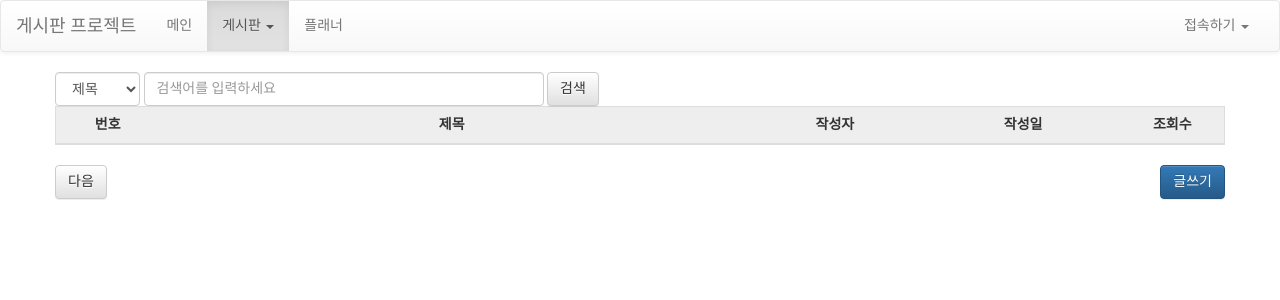
Repository: Seok7975/Project_PlannerSharingBoard
Page: http://localhost/ToDoList공유_게시판_ver3/bbs.jsp
These files come from the project's save history. The page is drawn as it stood at one moment and after the next save; the edit follows.
The browser window is 1280 px wide. The pictures show the whole page.
Some web fonts or font styles are not loaded; a fallback is used. Some web libraries are served in a nearby version. The page is served by Tomcat 9. Other server files are loaded and not shown. Queries for data that is not in the repository find no rows.

Above is the page before, as saved 2024-07-04 06:23:27.

### List_Projects_ver3/ToDoList공유 게시판_ver3/src/main/webapp/bbs.jsp
<!--  게시판 -->

<%-- <%@ page language="java" contentType="text/html; charset=UTF-8"
    pageEncoding="UTF-8"%>
<%@ page import="java.io.PrintWriter" %>
<%@ page import="bbs.BbsDAO" %>
<%@ page import="bbs.Bbs" %>
<%@ page import="java.util.ArrayList" %>
<!DOCTYPE html>
<html>
<head>
<meta http-equiv="Content-Type" content="text/html; charset=UTF-8">
<meta name="viewport" content="width=device-width, initial-scale=1">
<!-- Latest compiled and minified CSS -->
<link rel="stylesheet" href="https://cdn.jsdelivr.net/npm/bootstrap@3.3.7/dist/css/bootstrap.min.css" integrity="sha384-BVYiiSIFeK1dGmJRAkycuHAHRg32OmUcww7on3RYdg4Va+PmSTsz/K68vbdEjh4u" crossorigin="anonymous">
<!-- Optional theme -->
<link rel="stylesheet" href="https://cdn.jsdelivr.net/npm/bootstrap@3.3.7/dist/css/bootstrap-theme.min.css" integrity="sha384-rHyoN1iRsVXV4nD0JutlnGaslCJuC7uwjduW9SVrLvRYooPp2bWYgmgJQIXwl/Sp" crossorigin="anonymous">
<!-- jQuery (necessary for Bootstrap's JavaScript plugins) -->
<script src="https://code.jquery.com/jquery-3.1.1.min.js"></script>
<!-- Latest compiled and minified JavaScript -->
<script src="https://cdn.jsdelivr.net/npm/bootstrap@3.3.7/dist/js/bootstrap.min.js" integrity="sha384-Tc5IQib027qvyjSMfHjOMaLkfuWVxZxUPnCJA7l2mCWNIpG9mGCD8wGNIcPD7Txa" crossorigin="anonymous"></script>
<link rel="stylesheet" href="css/jumbotronCustom.css">
<title>JSP 게시판 웹 사이트</title>
<style type="text/css">
	a, a:hover {
		color : #000000;
		text-decoration: none;
	}
</style>
</head>
<body>
<%
	String userID = null;
	if (session.getAttribute("userID") != null) {
		userID = (String) session.getAttribute("userID");
	}
	int pageNumber = 1;
	if (request.getParameter("pageNumber") != null) {
		pageNumber = Integer.parseInt(request.getParameter("pageNumber"));
	}
%>
	<nav class="navbar navbar-default">
		<div class="container-fluid">
			<div class="navbar-header">
				<button type="button" class="navbar-toggle collapsed" data-toggle="collapse" data-target="#bs-example-navbar-collapse-1" aria-expanded="false">
					<span class="sr-only">Toggle navigation</span>
					<span class="icon-bar"></span>
					<span class="icon-bar"></span>
					<span class="icon-bar"></span>
				</button>
				<a class="navbar-brand" href="main.jsp">게시판 프로젝트</a>
			</div>
			<div class="collapse navbar-collapse" id="bs-example-navbar-collapse-1">
				<ul class="nav navbar-nav">
					<li><a href="main.jsp">메인</a></li>
					<li class="active"><a href="bbs.jsp">게시판</a></li>
					<li><a href="planner/planner.jsp">플래너</a></li>
				</ul>
				<%
					if(userID == null) {
				%>
					<ul class="nav navbar-nav navbar-right">
						<li class="dropdown">
							<a href="#" class="dropdown-toggle" data-toggle="dropdown" role="button" aria-haspopup="true" aria-expanded="false">접속하기 <span class="caret"></span></a>
							<ul class="dropdown-menu">
								<li><a href="joinAndLogin/login.jsp">로그인</a></li>
								<li><a href="joinAndLogin/join.jsp">회원가입</a></li>
							</ul>
						</li>
					</ul>
				<%
					} else {
				%>
						<ul class="nav navbar-nav navbar-right">
						<li class="dropdown">
							<a href="#" class="dropdown-toggle" data-toggle="dropdown" role="button" aria-haspopup="true" aria-expanded="false">회원관리<span class="caret"></span></a>
							<ul class="dropdown-menu">
								<li><a href="logoutAction.jsp">로그아웃</a></li>
							</ul>
						</li>
					</ul>
				<%
					}
				%>
			</div>
		</div>
	</nav>

	<div class="container">
		<div class="row">
			<table class="table table-striped" style="text-align: center; border: 1px solid #dddddd">
				<thead>
					<tr>
						<th style="background-color: #eeeeee; text-align: center;">번호</th>
						<th style="background-color: #eeeeee; text-align: center;">제목</th>
						<th style="background-color: #eeeeee; text-align: center;">작성자</th>
						<th style="background-color: #eeeeee; text-align: center;">작성일</th>
						<th style="background-color: #eeeeee; text-align: center;">조회수</th>
					</tr>
				</thead>
				<tbody> <!-- 예시 -->
					<tr>
					<%
						BbsDAO bbsDAO = new BbsDAO();
						ArrayList<Bbs> list = bbsDAO.getList(pageNumber);
						for(int i = 0; i < list.size(); i++) {
					%>
						<td><%= list.get(i).getBbsID() %></td>
						<td><a href="view.jsp?bbsID=<%= list.get(i).getBbsID() %>"><%= list.get(i).getBbsTitle() %></a></td>
						<td><%= list.get(i).getUserID() %></td>
						<td><%= list.get(i).getBbsDate().substring(0, 11) + list.get(i).getBbsDate().substring(11,13) + "시" + list.get(i).getBbsDate().substring(14, 16) + "분" %></td>
						<td><%= list.get(i).getViewCount() %></td>
					<tr>
					<%
						}
					%>
				</tbody>
			</table>
			<%
				if(pageNumber != 1) {
			%>
				<a href="bbs.jsp?pageNumber=<%=pageNumber - 1%>" class="btn btn-success btn-arraw-left">이전</a>
			<%
				}
				if(bbsDAO.nextPage(pageNumber + 1)) {
			%>
					<a href="bbs.jsp?pageNumber=<%=pageNumber + 1%>" class="btn btn-success btn-arraw-right">다음</a>
			<%
				}
			%>
			<a href="write.jsp" class="btn btn-primary pull-right">글쓰기</a>
		</div>
	</div>
</body>
</html> --%>



<!--  게시판 -->

<!--  게시판 -->

<%@ page language="java" contentType="text/html; charset=UTF-8"
    pageEncoding="UTF-8"%>
<%@ page import="java.io.PrintWriter" %>
<%@ page import="bbs.BbsDAO" %>
<%@ page import="bbs.Bbs" %>
<%@ page import="java.util.ArrayList" %>
<!DOCTYPE html>
<html>
<head>
<meta http-equiv="Content-Type" content="text/html; charset=UTF-8">
<meta name="viewport" content="width=device-width, initial-scale=1">
<!-- Latest compiled and minified CSS -->
<link rel="stylesheet" href="https://cdn.jsdelivr.net/npm/bootstrap@3.3.7/dist/css/bootstrap.min.css" integrity="sha384-BVYiiSIFeK1dGmJRAkycuHAHRg32OmUcww7on3RYdg4Va+PmSTsz/K68vbdEjh4u" crossorigin="anonymous">
<!-- Optional theme -->
<link rel="stylesheet" href="https://cdn.jsdelivr.net/npm/bootstrap@3.3.7/dist/css/bootstrap-theme.min.css" integrity="sha384-rHyoN1iRsVXV4nD0JutlnGaslCJuC7uwjduW9SVrLvRYooPp2bWYgmgJQIXwl/Sp" crossorigin="anonymous">
<link rel="stylesheet" href="css/bbsStyle.css"> <!-- 외부 CSS 파일 참조 -->
<!-- jQuery (necessary for Bootstrap's JavaScript plugins) -->
<script src="https://code.jquery.com/jquery-3.1.1.min.js"></script>
<!-- Latest compiled and minified JavaScript -->
<script src="https://cdn.jsdelivr.net/npm/bootstrap@3.3.7/dist/js/bootstrap.min.js" integrity="sha384-Tc5IQib027qvyjSMfHjOMaLkfuWVxZxUPnCJA7l2mCWNIpG9mGCD8wGNIcPD7Txa" crossorigin="anonymous"></script>
<link rel="stylesheet" href="css/jumbotronCustom.css">
<title>JSP 게시판 웹 사이트</title>
<style>
    .navbar-nav > .dropdown:hover > .dropdown-menu {
        display: block;
    }
</style>
</head>
<body>
<%
    String userID = null;
    if (session.getAttribute("userID") != null) {
        userID = (String) session.getAttribute("userID");
    }
    int pageNumber = 1;
    if (request.getParameter("pageNumber") != null) {
        pageNumber = Integer.parseInt(request.getParameter("pageNumber"));
    }
    String searchType = request.getParameter("searchType");
    String searchKeyword = request.getParameter("searchKeyword");
    String bbsCategory = request.getParameter("bbsCategory");


    // bbsCategory가 없으면 all로 설정
    if (bbsCategory == null || bbsCategory.equals("")) {
        bbsCategory = "all";
    }
%>
    <nav class="navbar navbar-default">
        <div class="container-fluid">
            <div class="navbar-header">
                <button type="button" class="navbar-toggle collapsed" data-toggle="collapse" data-target="#bs-example-navbar-collapse-1" aria-expanded="false">
                    <span class="sr-only">Toggle navigation</span>
                    <span class="icon-bar"></span>
                    <span class="icon-bar"></span>
                    <span class="icon-bar"></span>
                </button>
                <a class="navbar-brand" href="main.jsp">게시판 프로젝트</a>
            </div>
            <div class="collapse navbar-collapse" id="bs-example-navbar-collapse-1">
                <ul class="nav navbar-nav">
                    <li><a href="main.jsp">메인</a></li>
                    <li class="dropdown active">
                        <a href="bbs.jsp?bbsCategory=all" role="button" aria-haspopup="true" aria-expanded="false">게시판 <span class="caret"></span></a>
                        <ul class="dropdown-menu">
                            <li><a href="bbs.jsp?bbsCategory=all">전체글보기</a></li>
                            <li><a href="bbs.jsp?bbsCategory=free">자유게시판</a></li>
                            <li><a href="bbs.jsp?bbsCategory=study">공부게시판</a></li>
                            <li><a href="bbs.jsp?bbsCategory=exercise">운동게시판</a></li>
                        </ul>
                    </li>
                    <li><a href="planner/planner.jsp">플래너</a></li>
                </ul>
                <%
                    if(userID == null) {
                %>
                    <ul class="nav navbar-nav navbar-right">
                        <li class="dropdown">
                            <a href="#" class="dropdown-toggle" data-toggle="dropdown" role="button" aria-haspopup="true" aria-expanded="false">접속하기 <span class="caret"></span></a>
                            <ul class="dropdown-menu">
                                <li><a href="joinAndLogin/login.jsp">로그인</a></li>
                                <li><a href="joinAndLogin/join.jsp">회원가입</a></li>
                            </ul>
                        </li>
                    </ul>
                <%
                    } else {
                %>
                        <ul class="nav navbar-nav navbar-right">
                        <li class="dropdown">
                            <a href="#" class="dropdown-toggle" data-toggle="dropdown" role="button" aria-haspopup="true" aria-expanded="false">회원관리<span class="caret"></span></a>
                            <ul class="dropdown-menu">
                                <li><a href="profile.jsp">My Profile</a></li>
                                <li><a href="joinAndLogin/logoutAction.jsp">로그아웃</a></li>
                            </ul>
                        </li>
                    </ul>
                <%
                    }
                %>
            </div>
        </div>
    </nav>

    <div class="container">
        <div class="row">
            <form class="form-inline" method="get" action="bbs.jsp">
                <div class="form-group">
                    <select class="form-control" name="searchType">
                        <option value="title" <%= "title".equals(searchType) ? "selected" : "" %>>제목</option>
                        <option value="content" <%= "content".equals(searchType) ? "selected" : "" %>>내용</option>
                        <option value="writer" <%= "writer".equals(searchType) ? "selected" : "" %>>작성자</option>
                    </select>
                </div>
                <div class="form-group">
                    <input type="text" class="form-control" name="searchKeyword" placeholder="검색어를 입력하세요" value="<%= (searchKeyword != null && !searchKeyword.equals("")) ? searchKeyword : "" %>" style="width: 400px;">
                </div>
                <input type="hidden" name="bbsCategory" value="<%= bbsCategory %>">
                <button type="submit" class="btn btn-default">검색</button>
            </form>
            <table class="table table-striped" style="text-align: center; border: 1px solid #dddddd">
                <thead>
                    <tr>
                        <th class="number-col" style="background-color: #eeeeee; text-align: center;">번호</th>
                        <th class="title-col" style="background-color: #eeeeee; text-align: center;">제목</th>
                        <th class="writer-col" style="background-color: #eeeeee; text-align: center;">작성자</th>
                        <th class="date-col"style="background-color: #eeeeee; text-align: center;">작성일</th>
                        <th class="viewCount-col"style="background-color: #eeeeee; text-align: center;">조회수</th>
                    </tr>
                </thead>
                <tbody>
                    <%
                        BbsDAO bbsDAO = new BbsDAO();
                        ArrayList<Bbs> list;
                        int totalPage;
                        if (searchKeyword != null && !searchKeyword.equals("")) { // 검색어가 있을 때
                            list = bbsDAO.searchList(pageNumber, searchType, searchKeyword, bbsCategory);
                            totalPage = (bbsDAO.getSearchPostCount(searchType, searchKeyword, bbsCategory) + 9) / 10; // 검색 결과의 총 페이지 수 계산
                        } else { // 검색어가 없을 때
                            if ("all".equals(bbsCategory)) { // 전체게시판 선택 시
                                list = bbsDAO.getAllList(pageNumber);
                                totalPage = bbsDAO.getTotalPageCount(); // 전체 게시물의 총 페이지 수 계산
                            } else {
                                list = bbsDAO.getListByCategory(bbsCategory, pageNumber);
                                totalPage = bbsDAO.getTotalPageCountByCategory(bbsCategory); // 카테고리별 게시물의 총 페이지 수 계산
                            }
                        }
                        for(int i = 0; i < list.size(); i++) {
                    %>
                        <tr>
                            <td><%= list.get(i).getBbsID() %></td>
                            <td><a href="view.jsp?bbsID=<%= list.get(i).getBbsID() %>&bbsCategory=<%= bbsCategory %>"><%= list.get(i).getBbsTitle() %></a></td>
                            <td><%= list.get(i).getUserID() %></td>
                            <td><%= list.get(i).getBbsDate().substring(0, 11) + list.get(i).getBbsDate().substring(11,13) + "시" + list.get(i).getBbsDate().substring(14, 16) + "분" %></td>
                            <td><%= list.get(i).getViewCount() %></td>
                        </tr>
                    <%
                        }
                    %>
                </tbody>
            </table>
            <div style="text-align: center;">
                <%
                    int pageBlock = 5;
                    int startPage = ((pageNumber - 1) / pageBlock) * pageBlock + 1;
                    int endPage = startPage + pageBlock - 1;

                    if(pageNumber != 1) {
                %>
                    <a href="bbs.jsp?pageNumber=<%= pageNumber - 1 %>&searchType=<%= searchType %>&searchKeyword=<%= (searchKeyword != null && !searchKeyword.equals("")) ? searchKeyword : "" %>&bbsCategory=<%= bbsCategory %>" class="btn btn-default pull-left">이전</a>
                <%
                    }
                    for (int i = startPage; i <= endPage && i <= totalPage; i++) {
                %>
                    <a href="bbs.jsp?pageNumber=<%= i %>&searchType=<%= searchType %>&searchKeyword=<%= (searchKeyword != null && !searchKeyword.equals("")) ? searchKeyword : "" %>&bbsCategory=<%= bbsCategory %>" class="btn <%= (i == pageNumber) ? "btn-primary pull-left" : "btn-default pull-left" %>"><%= i %></a>
                <%
                    }
                    if(pageNumber != totalPage) {
                %>
                    <a href="bbs.jsp?pageNumber=<%= pageNumber + 1 %>&searchType=<%= searchType %>&searchKeyword=<%= (searchKeyword != null && !searchKeyword.equals("")) ? searchKeyword : "" %>&bbsCategory=<%= bbsCategory %>" class="btn btn-default pull-left">다음</a>
                <%
                    }
                %>
                <a href="write.jsp?bbsCategory=<%= bbsCategory %>" class="btn btn-primary pull-right">글쓰기</a>
            </div>
        </div>
    </div>
</body>
</html>

### List_Projects_ver3/ToDoList공유 게시판_ver3/src/main/webapp/css/bbsStyle.css
@charset "UTF-8";
/* body {
     background-color: #e0f7fa;   생동감 있는 옅은 파란색 배경
} */

/* 드롭다운 메뉴가 커서를 가져다 대기만 해도 열리도록 설정 */
.navbar-nav > li.dropdown:hover > .dropdown-menu {
    display: block;
}

a, a:hover {
    color : #000000;
    text-decoration: none;
}

.table {
    width: 100%;
    table-layout: fixed;
    border-collapse: collapse;
}

.table th.number-col {
    width: 8%;
}
.table th.title-col {
    width: 45%;
}
.table th.writer-col {
    width: 14%;
}

.table th.date-col {
	width: 15%;
}

.table th.viewCount-col {
	width: 8%;
}

.table th, .table td {
	/* border: 1px solid #ddd; */
	white-space: nowrap;
	overflow: hidden;
	text-overflow: ellipsis;
}

.table td {
    text-align: center;
    /* border: 1px solid #dddddd; */
       background-color: #fefefe;
}

### List_Projects_ver3/ToDoList공유 게시판_ver3/src/main/webapp/css/jumbotronCustom.css

@import url(http://fonts.googleapis.com/earlyaccess/nanumgothic.css);
@import url(http://fonts.googleapis.com/earlyaccess/hanna.css);
* {
	font-family : 'Nanum Gothic';
}

h1 {
	font-family : 'Hanna';
}

Loaded but not shown: List_Projects_ver3/ToDoList공유 게시판_ver3/src/main/java/bbs/BbsDAO.java (360 lines, source omitted)

After the next save:
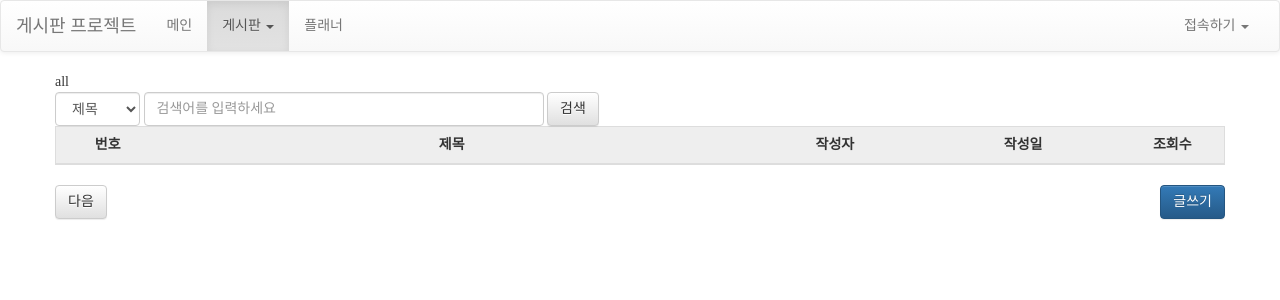
Saved 59 s later.
--- a/List_Projects_ver3/ToDoList공유 게시판_ver3/src/main/webapp/bbs.jsp
+++ b/List_Projects_ver3/ToDoList공유 게시판_ver3/src/main/webapp/bbs.jsp
@@ -246,6 +246,9 @@
 
     <div class="container">
         <div class="row">
+            <div class="category-title">
+                <%= bbsCategory %>
+            </div>
             <form class="form-inline" method="get" action="bbs.jsp">
                 <div class="form-group">
                     <select class="form-control" name="searchType">
